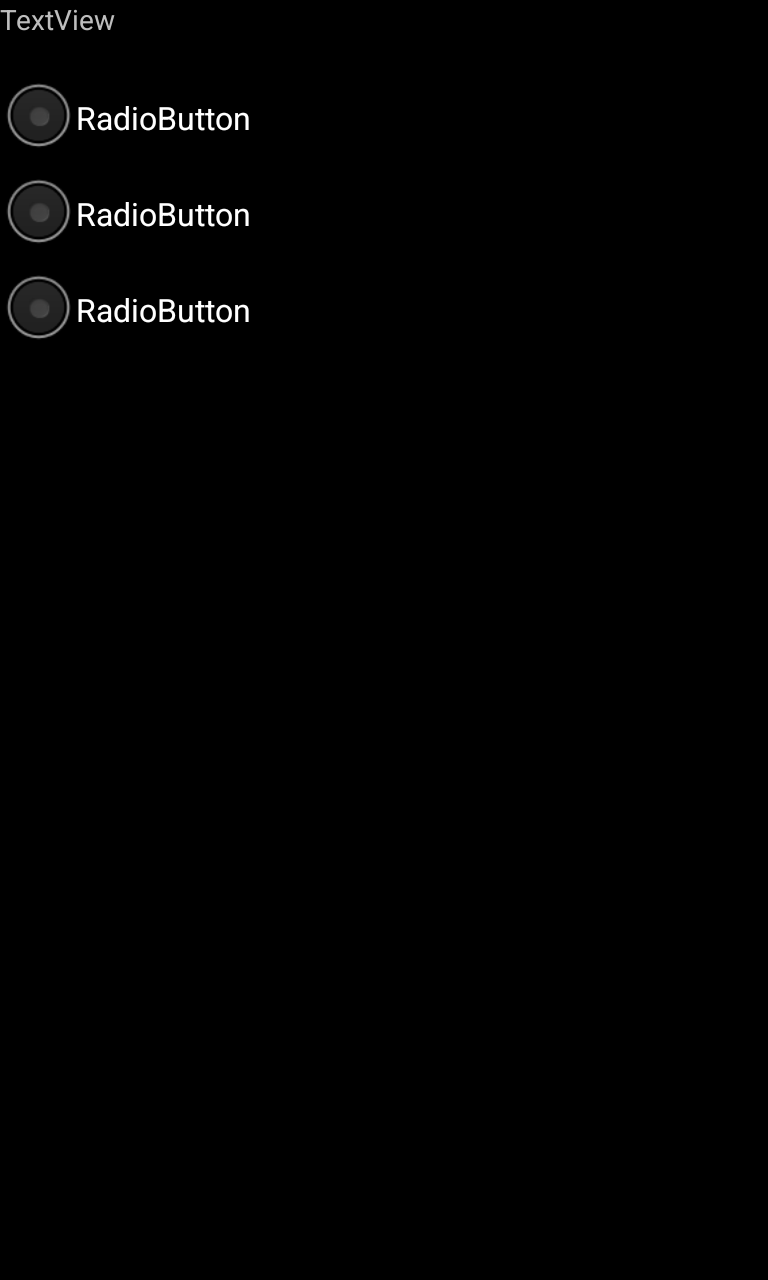
Repository: 12030121047/eventhandling
Layout: Event/res/layout/activity_event.xml
The author's editor kept a copy of each file at every save. The layout is drawn from the files as they stood at one save, then again after the next save.
It is drawn on a 768 x 1280 px phone screen (xhdpi) without system bars, with theme android:Theme; the app's code is not run.

Above is the layout before, as saved 2014-12-23 03:59:00.

After the next save:
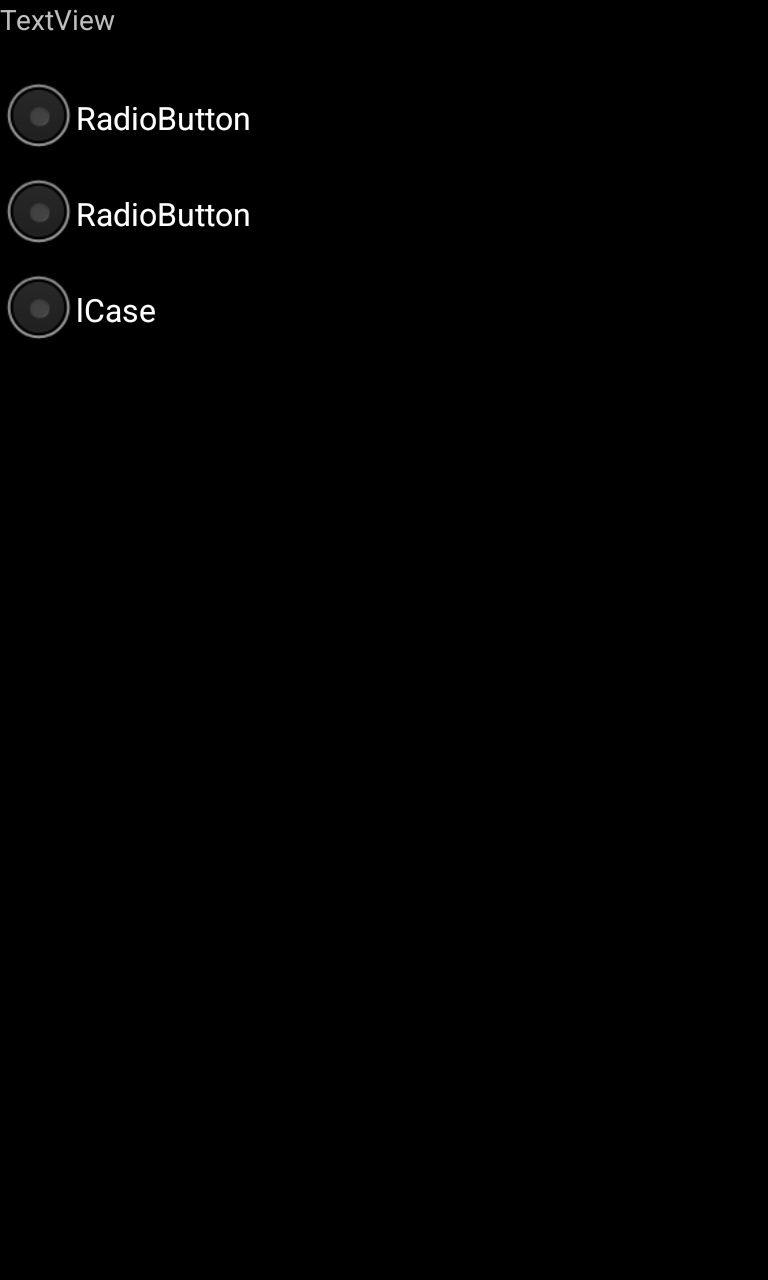
Saved 8 s later.
--- a/Event/res/layout/activity_event.xml
+++ b/Event/res/layout/activity_event.xml
@@ -27,7 +27,7 @@
         android:id="@+id/lCase"
         android:layout_width="wrap_content"
         android:layout_height="wrap_content"
-        android:text="RadioButton" />
+        android:text="lCase" />
 
 
 
